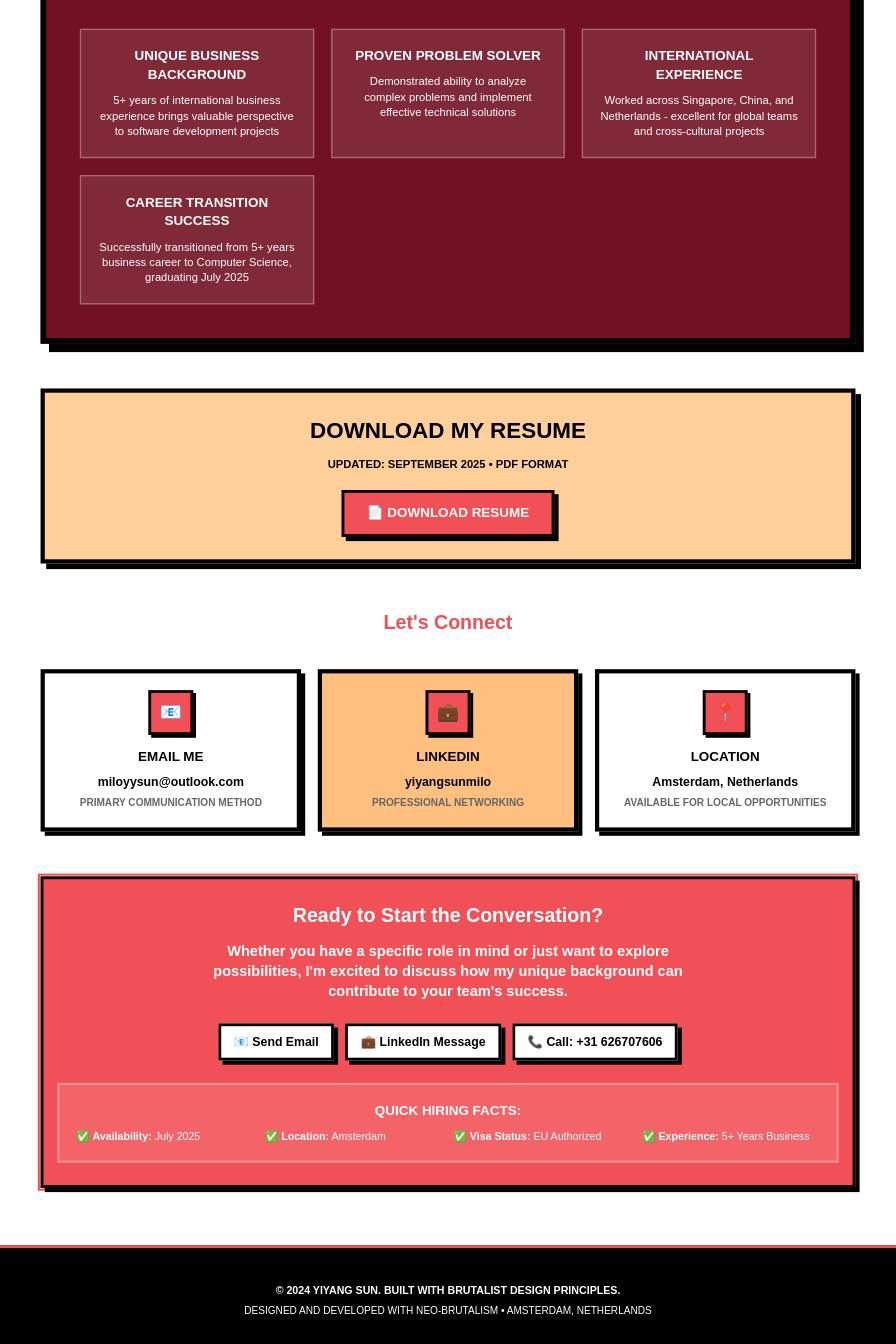
Repository: miloyiyangsun/yiyangsun.github.io
Page: .superdesign/design_iterations/yiyang_hireme_v2.html
An editor plug-in stored every save of this project. The page is shown before and after a run of saves, followed by the edit.
The browser window is 1280 px wide. The pictures show the part of the page from y = 1410 to 3330 px (the page is 3342 px tall before and 3133 px after), at 70% of full size.

Above is the page before, as saved 2025-09-03 17:20:17.

### .superdesign/design_iterations/yiyang_hireme_v2.html
<!DOCTYPE html>
<html lang="en">
<head>
    <meta charset="UTF-8">
    <meta name="viewport" content="width=device-width, initial-scale=1.0">
    <title>Hire Me - Yiyang Sun [Neo-Brutalist Portfolio]</title>
    <meta name="description" content="Hire Yiyang Sun - Computer Science Student (2025 Graduate) with 5+ years business experience seeking Junior Full-Stack, Frontend, or Backend opportunities in Amsterdam. Neo-brutalist design.">

    <!-- Neo-Brutalist Theme -->
    <link rel="stylesheet" href="brutalist_theme_v2.css">

    <style>
        /* Hire Me specific brutal styles */
        body {
            padding-top: 120px;
            background: #FFFFFF;
        }

        .main-container {
            max-width: 1200px;
            margin: 0 auto;
            padding: 18px;
        }

        /* Hero CTA - Brutal */
        .hire-hero {
            background: #F15156;
            color: #FFFFFF;
            border: 8px solid #000000;
            padding: 48px 24px;
            text-align: center;
            box-shadow: 12px 12px 0 #000000;
            position: relative;
            margin: 24px 0;
        }

        .hire-hero::before {
            content: '💼';
            position: absolute;
            top: -30px;
            left: -30px;
            font-size: 4rem;
            background: #FFFFFF;
            border: 6px solid #000000;
            padding: 16px;
            width: 100px;
            height: 100px;
            display: flex;
            align-items: center;
            justify-content: center;
        }

        .hire-title {
            font-size: 2.5rem;
            font-weight: 900;
            text-transform: uppercase;
            margin: 0 0 18px 0;
            line-height: 0.9;
        }

        .hire-subtitle {
            font-size: 1.2rem;
            font-weight: 700;
            text-transform: uppercase;
            margin-bottom: 24px;
            opacity: 0.95;
        }

        /* Opportunity Cards - Brutal */
        .opportunity-grid {
            display: grid;
            grid-template-columns: repeat(auto-fit, minmax(300px, 1fr));
            gap: 24px;
            margin: 48px 0;
        }

        .opportunity-card {
            background: #FFFFFF;
            border: 6px solid #000000;
            padding: 24px;
            box-shadow: 8px 8px 0 #000000;
            position: relative;
            text-align: center;
        }

        .opportunity-card:hover {
            transform: translate(-4px, -4px);
            box-shadow: 16px 16px 0 #000000;
        }

        .opportunity-card:nth-child(1) {
            background: #FFC07F;
        }

        .opportunity-card:nth-child(2) {
            background: #FFCF99;
        }

        .opportunity-card:nth-child(3) {
            background: #FFC07F;
        }

        .opportunity-card::before {
            content: '';
            position: absolute;
            top: -12px;
            right: -12px;
            width: 80px;
            height: 80px;
            background: #721121;
            border: 4px solid #000000;
        }

        .opportunity-icon {
            font-size: 2.5rem;
            display: block;
            margin-bottom: 12px;
        }

        .opportunity-title {
            font-size: 1.5rem;
            font-weight: 900;
            text-transform: uppercase;
            color: #000000;
            margin-bottom: 12px;
        }

        .opportunity-description {
            font-size: 0.95rem;
            line-height: 1.4;
            font-weight: 600;
            margin-bottom: 18px;
        }

        /* Skills Match - Brutal */
        .skills-match {
            background: #A5402D;
            color: #FFFFFF;
            padding: 12px 16px;
            border: 3px solid #000000;
            margin: 12px 0;
            box-shadow: 4px 4px 0 #000000;
        }

        /* Contact Cards - Brutal */
        .contact-grid {
            display: grid;
            grid-template-columns: repeat(auto-fit, minmax(280px, 1fr));
            gap: 24px;
            margin: 48px 0;
        }

        .contact-card {
            background: #FFFFFF;
            border: 6px solid #000000;
            padding: 24px;
            text-align: center;
            box-shadow: 6px 6px 0 #000000;
            position: relative;
        }

        .contact-card:hover {
            background: #FFCF99;
            transform: translate(-3px, -3px);
            box-shadow: 11px 11px 0 #000000;
        }

        .contact-card:nth-child(even) {
            background: #FFC07F;
        }

        .contact-card:nth-child(even):hover {
            background: #F15156;
            color: #FFFFFF;
        }

        .contact-icon {
            width: 64px;
            height: 64px;
            background: #F15156;
            border: 4px solid #000000;
            border-radius: 0;
            margin: 0 auto 18px auto;
            display: flex;
            align-items: center;
            justify-content: center;
            font-size: 1.6rem;
            color: #FFFFFF;
            box-shadow: 4px 4px 0 #000000;
        }

        .contact-title {
            font-size: 1.2rem;
            font-weight: 900;
            text-transform: uppercase;
            margin-bottom: 10px;
            color: #000000;
        }

        .contact-info {
            font-size: 1.1rem;
            font-weight: 700;
            margin-bottom: 8px;
        }

        .contact-description {
            font-size: 0.9rem;
            font-weight: 600;
            text-transform: uppercase;
            color: #666666;
        }

        /* Value Proposition - Brutal */
        .value-proposition {
            background: #721121;
            color: #FFFFFF;
            padding: 48px;
            border: 8px solid #000000;
            box-shadow: 12px 12px 0 #000000;
            margin: 64px 0;
        }

        .value-title {
            font-size: 2.5rem;
            font-weight: 900;
            text-transform: uppercase;
            text-align: center;
            margin-bottom: 32px;
        }

        .value-grid {
            display: grid;
            grid-template-columns: repeat(auto-fit, minmax(250px, 1fr));
            gap: 24px;
        }

        .value-item {
            padding: 24px;
            background: rgba(255, 255, 255, 0.1);
            border: 2px solid rgba(255, 255, 255, 0.3);
            text-align: center;
        }

        .value-item-title {
            font-size: 1.2rem;
            font-weight: 900;
            text-transform: uppercase;
            margin-bottom: 12px;
        }

        .value-item-description {
            font-size: 1rem;
            font-weight: 500;
            line-height: 1.4;
        }

        /* Resume Download - Brutal */
        .resume-section {
            background: #FFCF99;
            border: 6px solid #000000;
            padding: 32px;
            text-align: center;
            box-shadow: 8px 8px 0 #000000;
            margin: 32px 0;
        }

        .resume-title {
            font-size: 2rem;
            font-weight: 900;
            text-transform: uppercase;
            margin-bottom: 16px;
        }

        .resume-info {
            font-size: 1rem;
            font-weight: 600;
            margin-bottom: 24px;
            text-transform: uppercase;
        }

        .download-button {
            display: inline-block;
            background: #F15156;
            color: #FFFFFF;
            padding: 16px 32px;
            border: 4px solid #000000;
            text-decoration: none;
            font-weight: 900;
            font-size: 1.2rem;
            text-transform: uppercase;
            box-shadow: 6px 6px 0 #000000;
        }

        .download-button:hover {
            background: #721121;
            transform: translate(-2px, -2px);
            box-shadow: 8px 8px 0 #000000;
        }

        /* Availability Status - Brutal */
        .availability {
            background: #721121;
            color: #FFFFFF;
            padding: 24px;
            border: 4px solid #000000;
            text-align: center;
            margin: 32px 0;
            box-shadow: 6px 6px 0 #000000;
            position: relative;
        }

        .availability::before {
            content: '🟢';
            position: absolute;
            top: -15px;
            left: -15px;
            font-size: 2rem;
            background: #FFFFFF;
            border: 3px solid #000000;
            padding: 8px;
            border-radius: 0;
        }

        .availability-text {
            font-size: 1.3rem;
            font-weight: 900;
            text-transform: uppercase;
        }

        /* Mobile responsive */
        @media (max-width: 768px) {
            .hire-title {
                font-size: 2.5rem;
            }

            .hire-hero {
                padding: 40px 20px;
            }

            .opportunity-grid,
            .contact-grid {
                grid-template-columns: 1fr;
            }

            .value-proposition {
                padding: 32px 20px;
            }

            .value-title {
                font-size: 2rem;
            }
        }
    </style>
</head>

<body>
    <!-- Brutalist Navigation -->
    <nav class="brutalist-nav">
        <div class="main-container">
            <strong style="font-size: 1.5rem; margin-right: 32px;">Yiyang Sun</strong>
            <a href="yiyang_home_v2.html" class="brutalist-nav-item">Home</a>
            <a href="yiyang_projects_v2.html" class="brutalist-nav-item">Projects</a>
            <a href="yiyang_work_v2.html" class="brutalist-nav-item">Work</a>
            <a href="yiyang_personal_v2.html" class="brutalist-nav-item">Personal</a>
            <a href="yiyang_hireme_v2.html" class="brutalist-nav-item active">Hire Me</a>
        </div>
    </nav>

    <!-- Main Content -->
    <main class="main-container">
        <!-- Hero CTA -->
        <section class="hire-hero">
            <div class="hire-title">Hire Me Now!</div>
            <div class="hire-subtitle">CS Student (2025 Graduate) with 5+ Years Business Background</div>
            <p style="font-size: 1.2rem; font-weight: 600; max-width: 600px; margin: 0 auto 32px auto;">
                Computer Science student graduating July 2025 seeking Junior Full-Stack, Frontend, or Backend opportunities.
                5+ years international business experience + technical skills.
            </p>
            <a href="mailto:miloyysun@outlook.com?subject=Job Opportunity&body=Hi Yiyang, I'm interested in discussing a software development opportunity with you."
               class="brutalist-button" style="background: #FFFFFF; color: #000000; font-size: 1.2rem; padding: 16px 32px;">
Email Me Today
            </a>
        </section>

        <!-- Availability Status -->
        <section class="availability">
            <div class="availability-text">Available from July 2025 • CS Graduate • Amsterdam Based • EU Work Authorization</div>
        </section>

        <!-- Opportunity Types -->
        <section>
            <h2 class="title-large brutalist-text-center" style="margin: 64px 0 32px 0;">Ideal Opportunities</h2>

            <div class="opportunity-grid">
                <div class="opportunity-card">
                    <span class="opportunity-icon">⚡</span>
                    <div class="opportunity-title">Junior Full-Stack Developer</div>
                    <div class="opportunity-description">
                        Perfect match for full-stack roles where I can leverage both frontend and backend skills
                        along with my business understanding to create complete solutions.
                    </div>
                    <div class="skills-match">
                        Java • Spring Boot • React • TypeScript • Docker
                    </div>
                </div>

                <div class="opportunity-card">
                    <span class="opportunity-icon">🎨</span>
                    <div class="opportunity-title">Frontend Developer</div>
                    <div class="opportunity-description">
                        Ideal for frontend-focused roles where user experience and interface design are crucial.
                        My marketing background brings valuable user-centric perspective.
                    </div>
                    <div class="skills-match">
                        React • TypeScript • HTML5 • TailwindCSS
                    </div>
                </div>

                <div class="opportunity-card">
                    <span class="opportunity-icon">⚙️</span>
                    <div class="opportunity-title">Backend Developer</div>
                    <div class="opportunity-description">
                        Excellent fit for backend positions where data processing, API development, and system architecture
                        are key. My analytics background is a major advantage.
                    </div>
                    <div class="skills-match">
                        Java • Spring Boot • PostgreSQL • Docker • CI/CD
                    </div>
                </div>
            </div>
        </section>

        <!-- Value Proposition -->
        <section class="value-proposition">
            <div class="value-title">Why Hire Me?</div>
            <div class="value-grid">
                <div class="value-item">
                    <div class="value-item-title">Unique Business Background</div>
                    <div class="value-item-description">
                        5+ years of international business experience brings valuable perspective to software development projects
                    </div>
                </div>
                <div class="value-item">
                    <div class="value-item-title">Proven Problem Solver</div>
                    <div class="value-item-description">
                        Demonstrated ability to analyze complex problems and implement effective technical solutions
                    </div>
                </div>
                <div class="value-item">
                    <div class="value-item-title">International Experience</div>
                    <div class="value-item-description">
                        Worked across Singapore, China, and Netherlands - excellent for global teams and cross-cultural projects
                    </div>
                </div>
                <div class="value-item">
                    <div class="value-item-title">Career Transition Success</div>
                    <div class="value-item-description">
                        Successfully transitioned from 5+ years business career to Computer Science, graduating July 2025
                    </div>
                </div>
            </div>
        </section>

        <!-- Resume Download -->
        <section class="resume-section">
            <div class="resume-title">Download My Resume</div>
            <div class="resume-info">Updated: September 2025 • PDF Format</div>
            <a href="#" class="download-button">📄 Download Resume</a>
        </section>

        <!-- Contact Information -->
        <section>
            <h2 class="title-large brutalist-text-center" style="margin: 64px 0 32px 0;">Let's Connect</h2>

            <div class="contact-grid">
                <div class="contact-card">
                    <div class="contact-icon">📧</div>
                    <div class="contact-title">Email Me</div>
                    <div class="contact-info">miloyysun@outlook.com</div>
                    <div class="contact-description">Primary Communication Method</div>
                </div>

                <div class="contact-card">
                    <div class="contact-icon">💼</div>
                    <div class="contact-title">LinkedIn</div>
                    <div class="contact-info">yiyangsunmilo</div>
                    <div class="contact-description">Professional Networking</div>
                </div>

                <div class="contact-card">
                    <div class="contact-icon">📍</div>
                    <div class="contact-title">Location</div>
                    <div class="contact-info">Amsterdam, Netherlands</div>
                    <div class="contact-description">Available for Local Opportunities</div>
                </div>
            </div>
        </section>

        <!-- Final CTA -->
        <section class="brutalist-hero brutalist-bg-red" style="margin: 64px 0;">
            <div class="brutalist-text-center">
                <h2 class="title-large" style="color: #FFFFFF; margin-bottom: 16px;">Ready to Start the Conversation?</h2>
                <p style="font-size: 1.3rem; font-weight: 700; color: #FFFFFF; margin-bottom: 32px; max-width: 700px; margin-left: auto; margin-right: auto;">
                    Whether you have a specific role in mind or just want to explore possibilities,
                    I'm excited to discuss how my unique background can contribute to your team's success.
                </p>
                <div style="display: flex; justify-content: center; gap: 16px; flex-wrap: wrap;">
                    <a href="mailto:miloyysun@outlook.com?subject=Software Development Opportunity&body=Hi Yiyang, I'm interested in discussing potential opportunities with you."
                       class="brutalist-button" style="background: #FFFFFF; color: #000000; font-size: 1.1rem;">
                        📧 Send Email
                    </a>
                    <a href="https://linkedin.com/in/yiyangsunmilo"
                       class="brutalist-button" style="background: #FFFFFF; color: #000000; font-size: 1.1rem;" target="_blank">
                        💼 LinkedIn Message
                    </a>
                    <a href="tel:+31626707606"
                       class="brutalist-button" style="background: #FFFFFF; color: #000000; font-size: 1.1rem;">
                        📞 Call: +31 626707606
                    </a>
                </div>

                <div style="margin-top: 32px; padding: 24px; background: rgba(255,255,255,0.1); border: 3px solid rgba(255,255,255,0.3);">
                    <h3 style="font-size: 1.2rem; font-weight: 900; text-transform: uppercase; margin-bottom: 12px;">Quick Hiring Facts:</h3>
                    <div style="display: grid; grid-template-columns: repeat(auto-fit, minmax(150px, 1fr)); gap: 16px; text-align: left;">
                        <div>✅ <strong>Availability:</strong> July 2025</div>
                        <div>✅ <strong>Location:</strong> Amsterdam</div>
                        <div>✅ <strong>Visa Status:</strong> EU Authorized</div>
                        <div>✅ <strong>Experience:</strong> 5+ Years Business</div>
                    </div>
                </div>
            </div>
        </section>
    </main>

    <!-- Footer -->
    <footer style="background: #000000; color: #FFFFFF; padding: 32px; text-align: center; border-top: 4px solid #F15156;">
        <div class="main-container">
            <p style="font-weight: 700; text-transform: uppercase; margin-bottom: 8px;">
                &copy; 2024 Yiyang Sun. Built with brutalist design principles.
            </p>
            <p style="font-size: 0.9rem; text-transform: uppercase;">
                Designed and developed with neo-brutalism • Amsterdam, Netherlands
            </p>
        </div>
    </footer>

    <script>
        // Minimal JavaScript for hire me page
        console.log('💼 HIRE ME PAGE - NEO-BRUTALIST DESIGN LOADED');
        console.log('🚀 READY TO HIRE YIYANG SUN!');

        // Enhanced button press effects for CTA buttons
        document.querySelectorAll('.brutalist-button, .download-button, .contact-card').forEach(element => {
            element.addEventListener('mousedown', function() {
                this.style.transform = 'translate(3px, 3px)';
                this.style.boxShadow = 'none';
            });

            element.addEventListener('mouseup', function() {
                this.style.transform = '';
                this.style.boxShadow = '';
            });

            element.addEventListener('mouseleave', function() {
                this.style.transform = '';
                this.style.boxShadow = '';
            });
        });

        // Log hiring intent tracking
        document.querySelectorAll('a[href^="mailto:"]').forEach(emailLink => {
            emailLink.addEventListener('click', function() {
                console.log('📧 EMAIL CLICK - POTENTIAL HIRE INTEREST!');
            });
        });
    </script>
</body>
</html>

Loaded but not shown: .superdesign/design_iterations/brutalist_theme_v2.css (336 lines, source omitted)

After the next 2 saves:
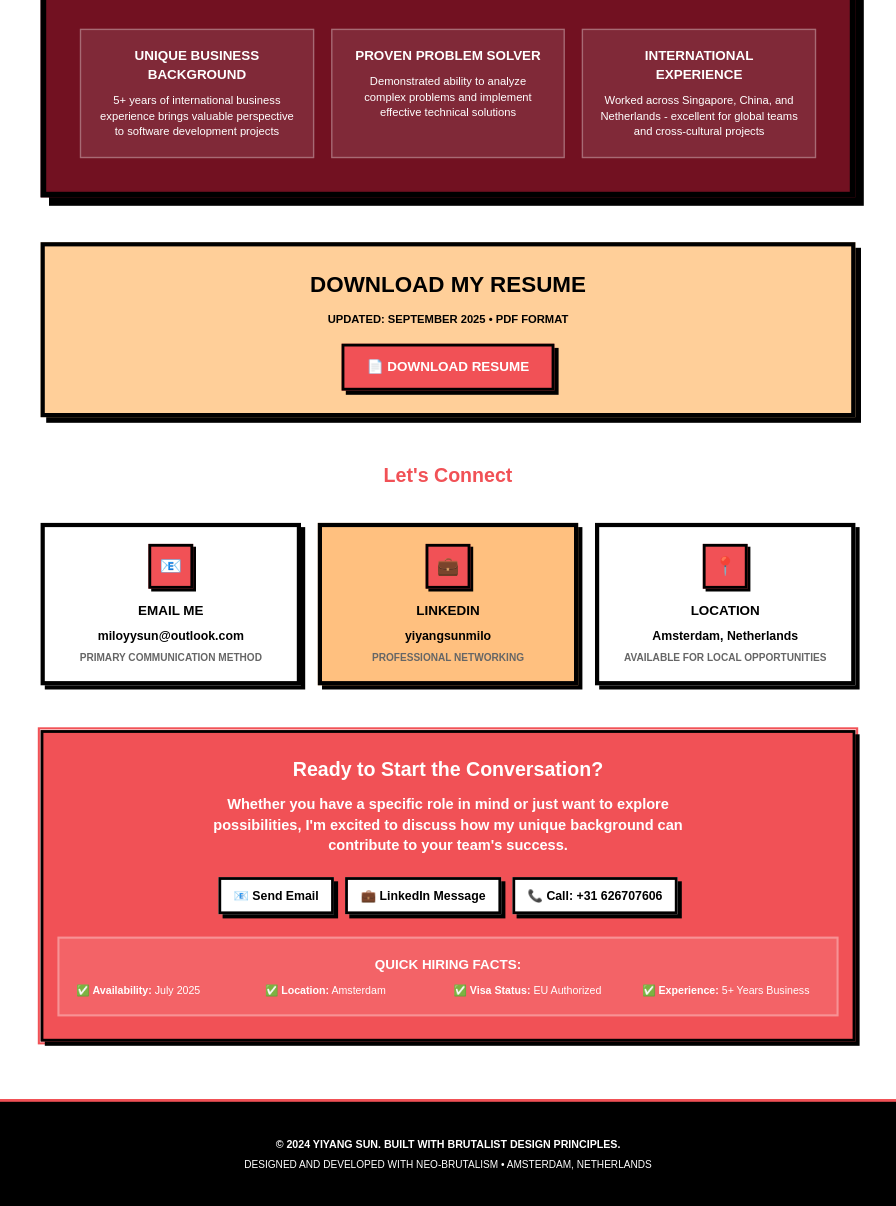
The 2 saves are shown as one change because they came seconds apart.
The last was saved 3 min 18 s later.
--- a/.superdesign/design_iterations/yiyang_hireme_v2.html
+++ b/.superdesign/design_iterations/yiyang_hireme_v2.html
@@ -450,12 +450,6 @@ Email Me Today
                     <div class="value-item-title">International Experience</div>
                     <div class="value-item-description">
                         Worked across Singapore, China, and Netherlands - excellent for global teams and cross-cultural projects
-                    </div>
-                </div>
-                <div class="value-item">
-                    <div class="value-item-title">Career Transition Success</div>
-                    <div class="value-item-description">
-                        Successfully transitioned from 5+ years business career to Computer Science, graduating July 2025
                     </div>
                 </div>
             </div>
